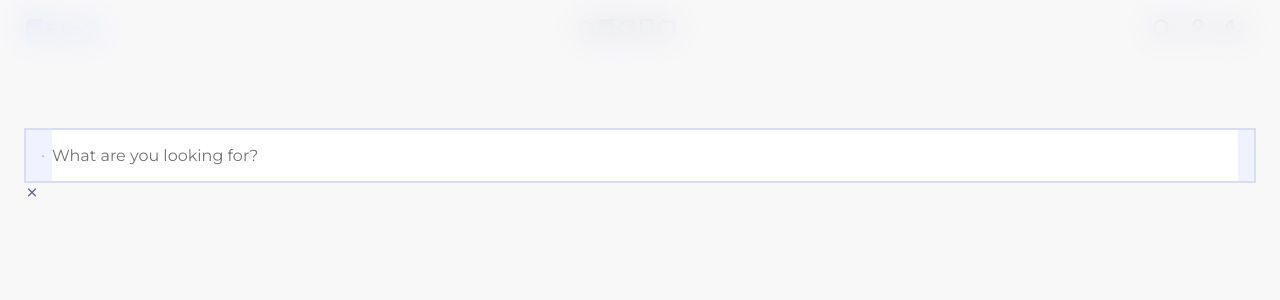
Repository: dinhhaidh/web-book-slider
Page: index.html
An editor plug-in stored every save of this project. The page is shown before and after a run of saves, followed by the edit.
The browser window is 1280 px wide. The pictures show the whole page.
Some web fonts or font styles are not loaded; a fallback is used. Some web libraries are served in a nearby version.

Above is the page before, as saved 2024-01-11 21:08:41.

### index.html
<!DOCTYPE html>
<html lang="en">
<head>
    <meta charset="UTF-8">
    <meta name="viewport" content="width=device-width, initial-scale=1.0">
    <title>Document</title>
    <link rel="stylesheet" href="style.css">
    <link rel="stylesheet" href="https://cdnjs.cloudflare.com/ajax/libs/remixicon/4.0.1/remixicon.css">
    <link rel="stylesheet" href="">
</head>
<body>
    <!-- ========= header ========= -->
    <header class="header" id="header">
        <nav class="nav container">
            <a href="#" class="nav__logo">
                <i class="ri-book-3-line"></i>E-book
            </a>

            <div class="nav__menu">
                <ul class="nav__list">
                    <li class="nav__item">
                        <a href="#home" class="nav__link">
                            <i class="ri-home-line"></i>
                            <span>Hone</span>
                        </a>
                    </li>

                    <li class="nav__item">
                        <a href="#featured" class="nav__link">
                            <i class="ri-book-3-line"></i>
                            <span>Featured</span>
                        </a>
                    </li>

                    <li class="nav__item">
                        <a href="#discount" class="nav__link">
                            <i class="ri-price-tag-3-line"></i>
                            <span>discount</span>
                        </a>
                    </li>

                    <li class="nav__item">
                        <a href="#new" class="nav__link">
                            <i class="ri-bookmark-line"></i>
                            <span>New Books</span>
                        </a>
                    </li>
                    <li class="nav__item">
                        <a href="#testimonial" class="nav__link">
                            <i class="ri-message-3-line"></i>
                            <span>Testimonial</span>
                        </a>
                    </li>
                </ul>
            </div>
            <div class="nav__actions">
                <!-- Search button -->
                <i class="ri-search-line search-button" id="search-button"></i>

                <!-- login button -->
                <i class="ri-user-line login-button" id="login-button"></i>

                <!-- Theme button -->
                <i class="ri-moon-line change-theme" id="theme-buttom"></i>
            </div>
        </nav>
    </header>
    <!-- ========= search ========= -->
    <div class="search" id="search-content">
        <form action="" class="search__form">
            <i class="ri-search-line search__icon"></i>
            <input type="search" placeholder="What are you looking for?" class="search__input">
        </form>

        <i class="ri-close-line search__close" id="search-close"></i>
    </div>
    <!-- ========= login ========= -->
    <div class="login grid" id="login-content"></div>

    <main class="main">
        <section class="home section" id="home"></section>
        <!-- ========= service ========= -->
        <section class="service section" id="service"></section>
        <!-- ========= featured ========= -->
        <section class="featured section" id="featured"></section>
        <!-- ========= discount ========= -->
        <section class="discount section" id="discount"></section>
        <!-- ========= new books ========= -->
        <section class="new section" id="new"></section>
        <!-- ========= join ========= -->

        <!-- ========= discount ========= -->


    </main>
    <footer class="footer">

    </footer>

    <script src=""></script>
    <script src=""></script>
    <script src="./js/main.js"></script>
</body>
</html>

### style.css
/* gg font */
@import url('https://fonts.googleapis.com/css2?family=Montagu+Slab:opsz,wght@16..144,500&family=Montserrat:wght@400;500;600&display=swap');
:root{
    --header-height: 3.5rem;
        /* color */
    --frist-color: hsl(230, 62%, 56%);
    /* --frist-color-alt: #048654; */
    --title-color: hsl(230, 70%, 16%);
    --text-color: hsl(230, 16%, 45%);
    --border-color: hsl(230,50%, 90%);
    /* --text-color-light: #a6a6a6; */
    --white-color: hsl(0, 0%, 100%);
    --body-color: hsl(230, 100%,96%);
    --container-color: hsl(230, 100%, 97%);


    /* font and typography */
    /* .5rem = 8px | 1rem = 16px ...  */
    --body-font: 'Montserrat', sans-serif;
    --second-font: 'Montagu Slab', serif;
    /* --subtitle-font: ; */
    --biggest-font-size: 2rem;
    --h1-font-size: 1.5rem;
    --h2-font-size: 1.25rm;
    --h3-font-size: 1rem;
    --nomal-font-size: .938rem;
    --small-font-size: .813rem;
    --smaller-font-size: .75rem;


    /* font weight */
    --font-regular: 400;
    --font-medium: 500;
    --font-semi-bold: 600;

    /* margin */
    /* --mb-1: .5rem;
    --mb-2: 1rem;
    --mb-3: 1.5rem;
    --mb-4: 2rem;
    --mb-5: 2.5rem;
    --mb-6: 3rem; */

    /* z-index */
    --z-tooltip: 10;
    --z-fixed: 100;

}
@media screen and (min-width: 1150px) {
    :root{
        --biggest-font-size: 3.5rem;
        --h1-font-size: 2.25rem;
        --h2-font-size: 1.5rm;
        --h3-font-size: 1.25rem;
        --normal-font-size: 1rem;
        --small-font-size: .875rem;
        --smaller-font-size: .813rem;
    }
}

/* base */
*{
    box-sizing: border-box;
    padding: 0;
    margin: 0;
}
html{
    scroll-behavior: smooth;
}
body,
input,
button{
    font-family: var(--body-font);
    font-size: var(--normal-font-size);
}

body{
    background-color: var(--body-font);
    color: var(--text-color);
    transition: background-color .4s;
}
input,
button{
    border: none;
    outline: none;
}
h1,h2,h3{
    color: var(--title-color);
    font-family: var(--second-font);
    font-weight: var(--font-medium);
}
ul{
    list-style: none;
}
a{
    text-decoration: none;
}
img{
    display: block;
    max-width: 100%;
    height: auto;
}
/* reusable css class */
.container{
    max-width: 1220px;
    margin-inline: 1.5rem;
}
.grid{
    display: grid;
    gap: 1.5rem;
}
.section{
    padding-block: 5rem 1rem;
}
.main{
    overflow: hidden;
}
/* ======== header nav  ======= */
.header{
    position: fixed;top: 0;
    left: 0;
    width: 100%;
    background-color: var(--body-font);
    z-index: var(--z-fixed);
    transition: box-shadow .4s, background-color .4s;
}
.nav{
    height: var(--header-height);
    display: flex;
    justify-content: space-between;
    align-items: center;
}
.nav__logo{
    display: inline;
    align-items: center;
    column-gap: .5rem;
    color: var(--frist-color);
    font-weight: var(--font-medium);
}
.nav__logo i{
    font-size: 1.25rem;
}

/* navigation for mobile devices */
@media screen and (max-width: 1150px) {
    .nav__menu{
        position: fixed;
        bottom: 0;
        left: 0;
        right: 0;
        width: 100%;
        background-color: var(--container-color);
        box-shadow: 0 -8px 32px hsla(0, 0%, 0%, .1);
        padding: 1.25rem 4rem;
        transition: background-color .4s;
    }
}

.nav__list{
    display: flex;
    justify-content: space-between;
}
.nav__link{
    color: var(--text-color);
    transition: color .4s;
}
.nav__link span{
    display: none;
}
.nav__link i {
    font-size: 1.25rem;
}
.nav__link:hover{
    color: var(--frist-color);
}
.nav__actions{
    display: flex;
    align-items: center;
    column-gap: 1rem;
}
.nav__actions i{
    font-size: 1.25rem;
    color: var(--title-color);
    cursor: pointer;
    transition: color .4;
}
.nav__actions i:hover{
    color: var(--frist-color);
}

/* search */
.search{
    position: fixed;
    top: 0;
    left: 0;
    width: 100%;
    height: 100%;
    z-index: 100;
    background-color: hsla(230, 12%, 96%, .6);
    backdrop-filter: blur(16px);
    padding: 8rem 1.5rem;
    transition: top .4s;
}
.search__form{
    display: flex;
    align-items: center;
    column-gap: .5rem;
    background-color: var(--container-color);
    border: 2px solid var(--border-color);
    padding-inline: 1rem;
}
.search__icon{
    font-size: 0.125rem;
    color: var(--title-color)
}
.search__input{
    width: 100%;
    padding-block: 1rem;
}

/* .section__title{
    text-align: center;
    font-size: var(--h1-font-size);
    font-family: var(--second-font);
    margin-bottom: 2rem;
}
.section__subtitle{
    display: block;
    font-size: var(--h2-font-size);
    font-family: var(--subtitle-font);
    color: var(--frist-color);
    margin-bottom: .5rem;
}
.section__title,.section__subtitle{
    text-align: center;
} */

Loaded but not shown: js/main.js (no copy from this time; the picture is the same without it)

After the next 5 saves:
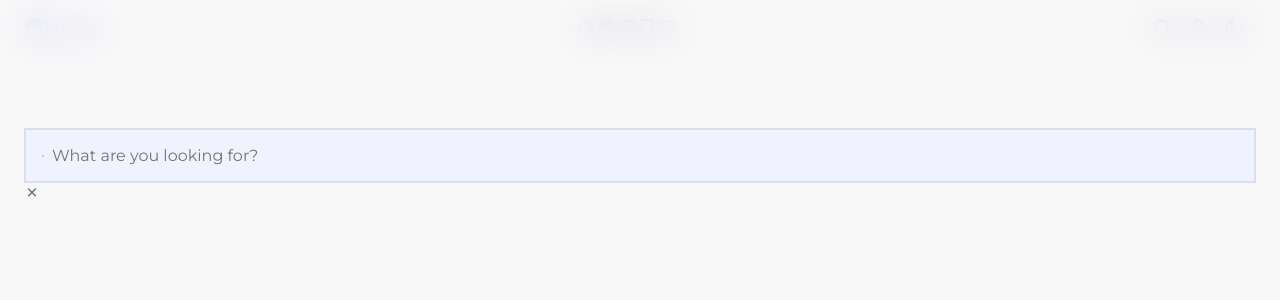
The 5 saves are shown as one change because they came seconds apart.
The last was saved 20 s later.
--- a/style.css
+++ b/style.css
@@ -216,6 +216,8 @@ img{
 .search__input{
     width: 100%;
     padding-block: 1rem;
+    background-color: var(--container-color);
+
 }
 
 /* .section__title{
